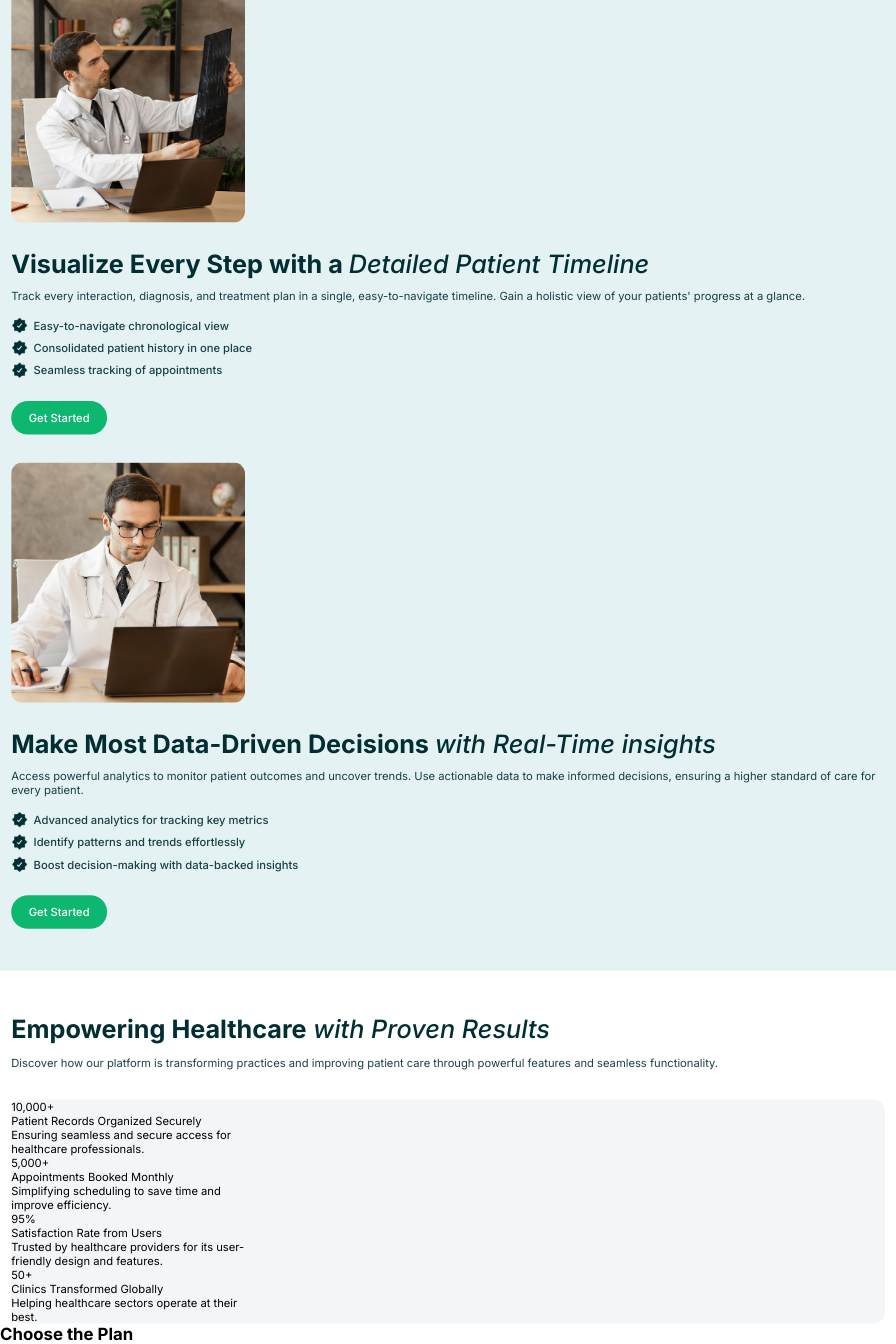
Repository: DiegoWWeege/recuperacao-prova-front-end
Page: index.html
The author's editor kept a copy of each file at every save. The page is drawn from the files as they stood at one save, then again after a run of saves.
The browser window is 1280 px wide. The pictures show the part of the page from y = 1617 to 3537 px (the page is 3537 px tall), at 70% of full size.

Above is the page before, as saved 2026-06-22 18:59:10.

After the next 3 saves:
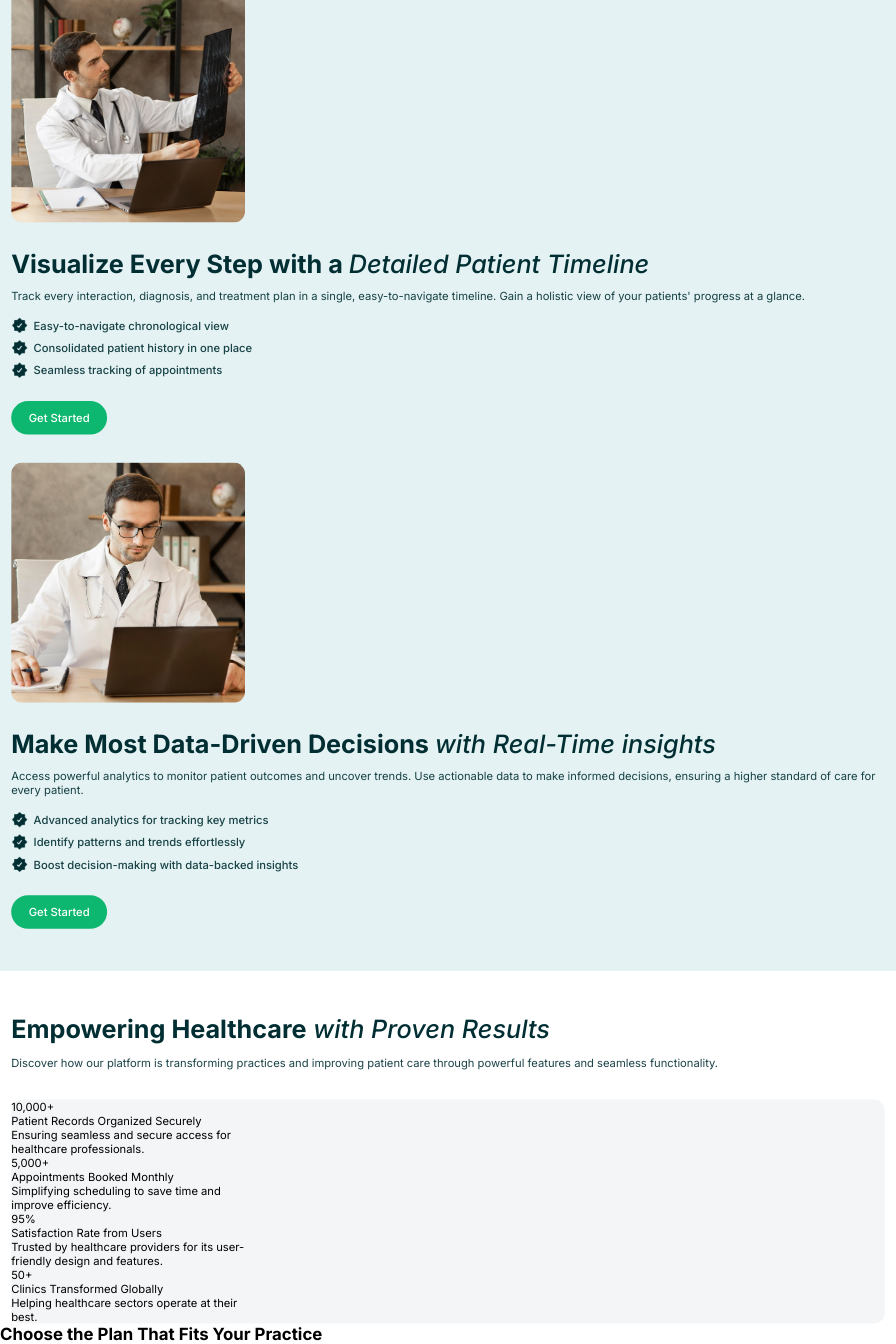
The 3 saves are shown as one change because they came seconds apart.
The last was saved 11 s later.
--- a/index.html
+++ b/index.html
@@ -116,7 +116,7 @@
 
         <section class = "boxes-grid">
             <section class = "first-box">
-                <p>10,000+</p>
+                <p id = "first-p">10,000+</p>
                 <p>Patient Records Organized Securely</p>
 
                 <p>Ensuring seamless and secure access for healthcare professionals.</p>
@@ -148,7 +148,7 @@
 
 
     <section id="plans-section">
-        <h2>Choose the Plan </h2>
+        <h2>Choose the Plan That Fits <span>Your Practice</span></h2>
     </section>
 </body>
 </html>
